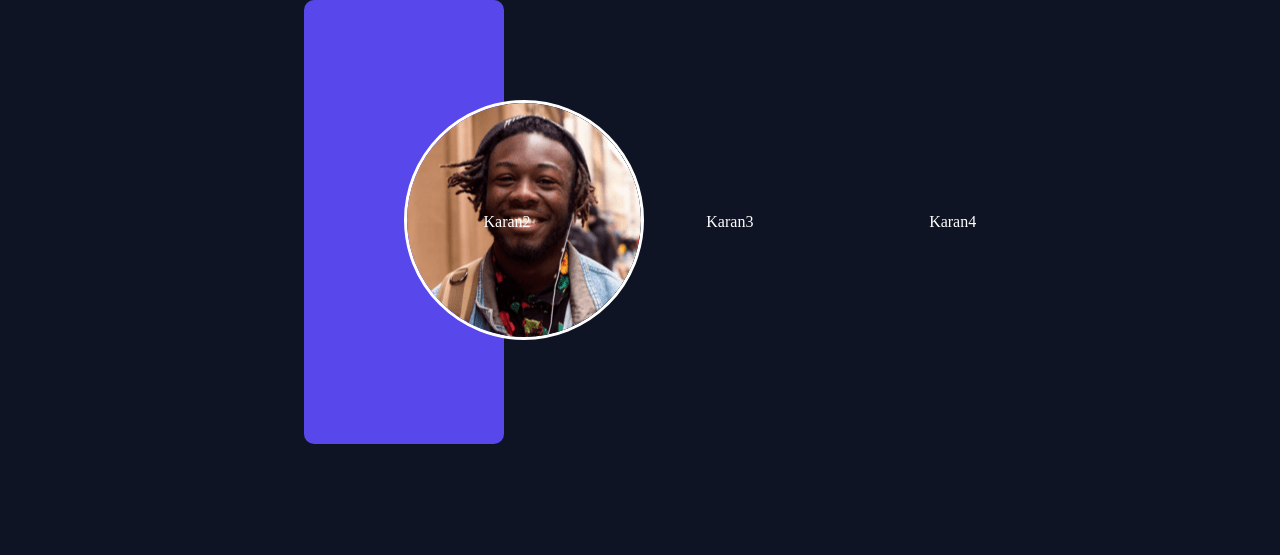
Repository: karanjain71/css-practice
Page: time-tracking-dashboard-main/index.html
An editor plug-in stored every save of this project. The page is shown before and after the next save, followed by the edit.
The browser window is 1280 px wide. The pictures show the whole page.

Above is the page before, as saved 2022-01-30 18:48:43.

### time-tracking-dashboard-main/index.html
<!DOCTYPE html>
<html lang="en">
<head>
  <meta charset="UTF-8">
  <meta name="viewport" content="width=device-width, initial-scale=1.0"> <!-- displays site properly based on user's device -->

  <link rel="icon" type="image/png" sizes="32x32" href="./images/favicon-32x32.png">

  <title>Frontend Mentor | Time tracking dashboard</title>
  <link rel="stylesheet" href="styles.css">
</head>
<body>
  <div class="cards">
    <div class="card1">
      <div class="card1-bigger">
        <div class="card1-smaller">
          <img src="images/image-jeremy.png" alt="">
        </div>
      </div>
    </div>
    <div class="card21">
      Karan2
    </div>
    <div class="card31">
      Karan3
    </div>
    <div class="card41">
      Karan4
    </div>
  </div>
</body>
</html>

### time-tracking-dashboard-main/styles.css
*{
    margin: 0;
    padding: 0;
    /* - Blue: hsl(246, 80%, 60%)

- Light red (work): hsl(15, 100%, 70%)
- Soft blue (play): hsl(195, 74%, 62%)
- Light red (study): hsl(348, 100%, 68%)
- Lime green (exercise): hsl(145, 58%, 55%)
- Violet (social): hsl(264, 64%, 52%)
- Soft orange (self care): hsl(43, 84%, 65%)

### Neutral

- Very dark blue: hsl(226, 43%, 10%)
- Dark blue: hsl(235, 46%, 20%)
- Desaturated blue: hsl(235, 45%, 61%)
- Pale Blue: hsl(236, 100%, 87%) */
}
body{
    background-color: hsl(226, 43%, 10%)
}

.cards{
    display: flex;
    color: white;
    width: 80%;
    margin: auto;
    justify-content: space-evenly;
    align-items: center;
}
.card1{
    width: 0.25em;
}
img{
    /* width: 100%; */
    /* height: 100%; */
    /* object-fit: contain; */
    border: 3px white solid;
    border-radius: 100%;
}
.card1-bigger {
    background-color: hsl(246, 80%, 60%);
    padding: 100px;
    border-radius: 10px;
}

After the next save:
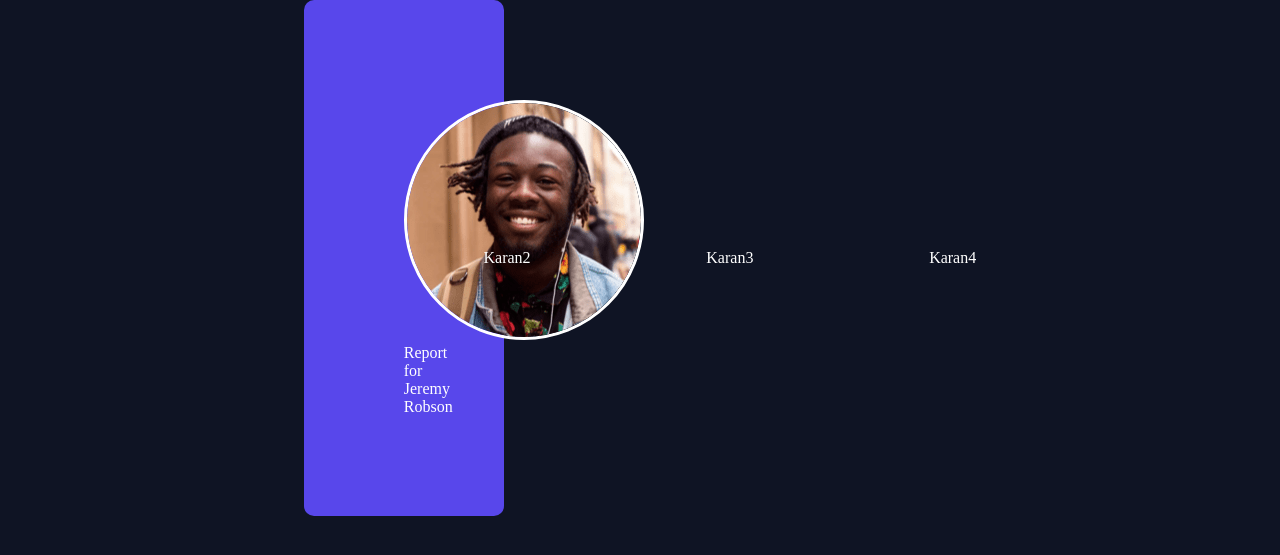
Saved 72 s later.
--- a/time-tracking-dashboard-main/index.html
+++ b/time-tracking-dashboard-main/index.html
@@ -15,6 +15,9 @@
       <div class="card1-bigger">
         <div class="card1-smaller">
           <img src="images/image-jeremy.png" alt="">
+          <p>Report for</p>
+          <p class="name">Jeremy</p>
+          <p class="name">Robson</p>
         </div>
       </div>
     </div>
